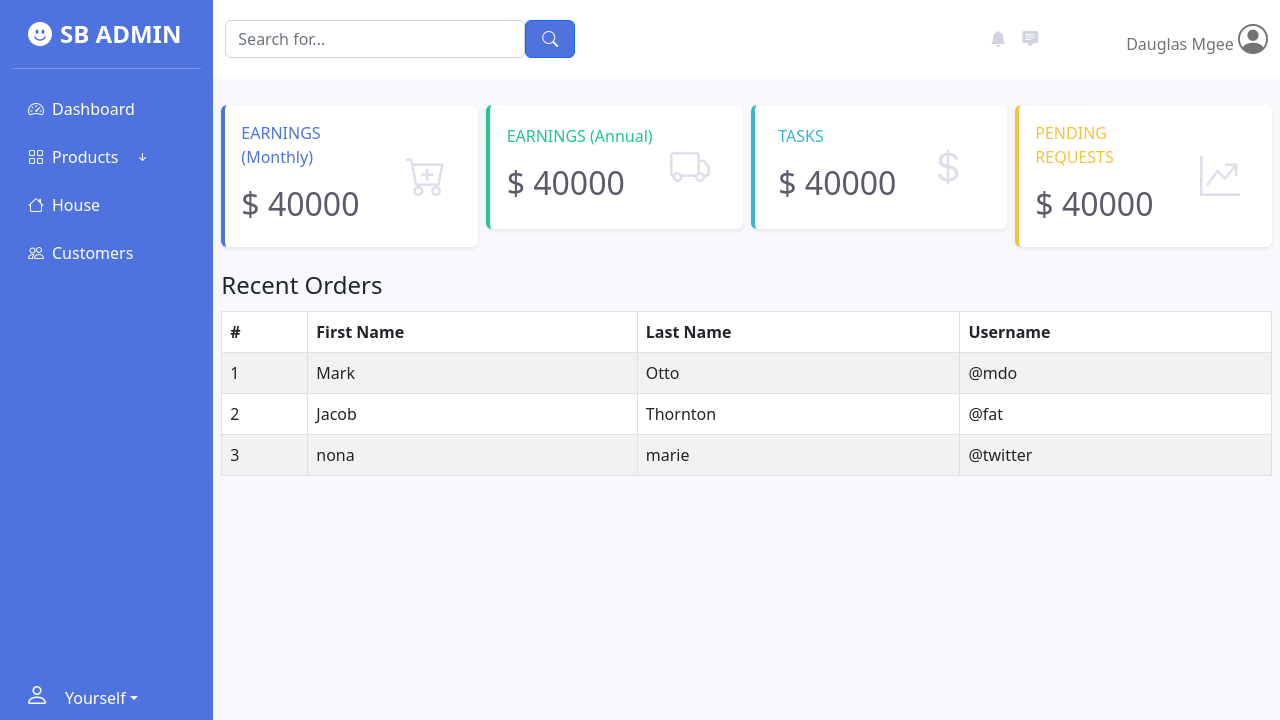
Repository: iqbalaamir/dashboard
Page: /
The author's editor kept a copy of each file at every save. The page is drawn from the files as they stood at one save, then again after the next save.
The browser window is 1280 px wide. The pictures show the whole page.
The project was rebuilt for these pictures with package versions that can differ from the ones it lists, and the page was loaded fresh each time. Also part of the build but not shown: src/App.css.

Above is the page before, as saved 2023-04-24 22:49:23.

### src/App.js
import "./App.css";
import NavbarComponent from "./components/NavbarComponent";
import Sidebar from "./components/Sidebar";
import Container from "react-bootstrap/Container";
import Row from "react-bootstrap/Row";
import Col from "react-bootstrap/Col";

function App() {
  return (
   <div>
    <Sidebar/>
   </div>
  );
}

export default App;

### src/components/NavbarComponent.js
import Button from "react-bootstrap/Button";
import Container from "react-bootstrap/Container";
import Form from "react-bootstrap/Form";
import Nav from "react-bootstrap/Nav";
import Navbar from "react-bootstrap/Navbar";
import NavDropdown from "react-bootstrap/NavDropdown";

function NavbarComponent() {
  return (
    <Navbar style={{backgroundColor:"white"}} expand="lg">
      <Container fluid>
        <Form className="d-flex">
          <Form.Control
            type="search"
            placeholder="Search for..."
            className=""
            aria-label="Search"
            style={{width:300}}
          />
          <Button style={{ backgroundColor: "#4e73df",width:50 }}>

            <i class="bi bi-search"></i>
          </Button>
        </Form>

        <Navbar.Toggle />

        <Navbar.Collapse className="justify-content-end">
          <Nav
            className="my-2 my-lg-0"
            style={{ maxHeight: "100px" }}
            navbarScroll
          >
            <Nav.Link href="#action2">
              <i class="bi bi-bell-fill" style={{color:"#d1d3e2"}}></i>
            </Nav.Link>
            <Nav.Link href="#action2">
              <i class="bi bi-chat-square-text-fill" style={{color:"#d1d3e2"}}></i>
            </Nav.Link>
            {/* <NavDropdown title="Messages" id="navbarScrollingDropdown">

              <NavDropdown.Item href="#action3">Action</NavDropdown.Item>
              <NavDropdown.Item href="#action4">
                Another action
              </NavDropdown.Item>
              <NavDropdown.Divider />
              <NavDropdown.Item href="#action5">
                Something else here
              </NavDropdown.Item>
            </NavDropdown> */}
          </Nav>
          <Navbar.Text style={{marginLeft:80}}>
            {/* Signed in as: <a href="#login">Mark Otto</a> */}
            Dauglas Mgee <i class="bi bi-person-circle" style={{fontSize:30}}></i>
          </Navbar.Text>
        </Navbar.Collapse>
      </Container>
    </Navbar>
  );
}

export default NavbarComponent;

### src/components/Sidebar.js
import React from "react";
import "bootstrap/dist/css/bootstrap.min.css";
import "bootstrap-icons/font/bootstrap-icons.css";
import "bootstrap/js/dist/dropdown";
import "bootstrap/js/dist/collapse";
import "./sidebar.css";
import NavbarComponent from "./NavbarComponent";
import HomeComponent from "./HomeComponent"

export default function Sidebar() {
  return (
    <div className="container-fluid">
      <div className="row">
        <div className="col-auto col-sm-2 sideNav d-flex flex-column justify-content-between min-vh-100">
          <div className="mt-3">
            <a
              className="text-decoration-none ms-3 d-flex align-items-center text-white customHeading"
              role="button"
            >
                 <i className="bi bi-emoji-smile-fill"></i>
              <span className="ms-2 d-none d-sm-inline">SB ADMIN</span>
            </a>
            <hr className="text-white d-none d-sm-block"></hr>
            <ul class="nav nav-pills flex-column mt-2 mt-sm-0" id="parentM">
              <li class="nav-item  my-1 py-2 py-sm-0">
                <a
                  class="nav-link text-white text-center text-sm-start"
                  href="#"
                  aria-current="page"
                >
                  <i className="bi bi-speedometer2"></i>
                  <span className="ms-2 d-none d-sm-inline">Dashboard</span>
                </a>
              </li>
              <li class="nav-item  my-1 py-2 py-sm-0">
                <a
                  class="nav-link text-white text-center text-sm-start"
                  href="#submenu"
                  data-bs-toggle="collapse"
                  aria-current="page"
                >
                  <i className="bi bi-grid"></i>
                  <span className="ms-2 d-none d-sm-inline">Products</span>
                  <i className="bi bi-arrow-down-short ms-0 ms-sm-3"></i>
                </a>
                <ul
                  class="nav collapse ms-2 flex-column"
                  id="submenu"
                  data-bs-parent="#parentM"
                >
                  <li class="nav-item ">
                    <a class="nav-link text-white" href="#" aria-current="page">
                      <span className="d-none d-sm-inline"> Item</span>1
                    </a>
                  </li>
                  <li class="nav-item ">
                    <a class="nav-link text-white" href="#">
                      <span className="d-none d-sm-inline"> Item</span>2
                    </a>
                  </li>
                </ul>
              </li>
              <li class="nav-item  my-1">
                <a
                  class="nav-link text-white text-center text-sm-start"
                  href="#"
                  aria-current="page"
                >
                  <i className="bi bi-house"></i>
                  <span className="ms-2 d-none d-sm-inline">House</span>
                </a>
              </li>
              <li class="nav-item text-white my-1">
                <a
                  class="nav-link text-white text-center text-sm-start"
                  href="#"
                  aria-current="page"
                >
                  <i className="bi bi-people"></i>
                  <span className="ms-2 d-none d-sm-inline">Customers</span>
                </a>
              </li>
            </ul>
          </div>
          <div class="dropdown open">
            <a
              class="btn border-none dropdown-toggle text-white"
              type="button"
              id="triggerId"
              data-bs-toggle="dropdown"
              aria-haspopup="true"
              aria-expanded="false"
            >
              <i className="bi bi-person fs-4"></i>
              <span className="f5-5 ms-3 d-none d-sm-inline">Yourself</span>
            </a>
            <div class="dropdown-menu" aria-labelledby="triggerId">
              <a class="dropdown-item" href="#">
                Profile
              </a>
              <a class="dropdown-item" href="#">
                Setting
              </a>
            </div>
          </div>

        </div>
        <div className="col" style={{backgroundColor:"#f8f9fc",padding:0}}>
       <NavbarComponent/>
       <HomeComponent/>
        </div>

      </div>
    </div>
  );
}

### src/components/sidebar.css
#parentM li a:hover {
    background-color: #9eacd4;

}
.sideNav{
   background-color: #4e73df;
}
.customHeading{
    font-weight: bold;
    font-size: x-large;
}

### src/components/HomeComponent.js
import React from "react";
import TableComponent from "./TableComponent";

function Home() {
  return (
    <div className="">
      <div className="container-fluid">
        <div className="row g-3 my-2">
          <div className="col-md-3 p-1">
            <div
              className="p-3 bg-white shadow-sm d-flex justify-content-around align-items-center rounded"
              style={{
                borderLeft: "solid",
                borderLeftWidth: "4px",
                borderLeftColor: "#4e73df",
              }}
            >
              <div>
                <p className="fs-12" style={{ color: "#4e73df" }}>
                  EARNINGS (Monthly)
                </p>
                <h5 className="fs-2" style={{ color: "#5a5c69" }}>
                  $ 40000
                </h5>
              </div>
              <i
                className="bi bi-cart-plus p-3 fs-1"
                style={{ color: "#dddfeb" }}
              ></i>
            </div>
          </div>
          <div className="col-md-3 p-1">
            <div className="p-3 bg-white shadow-sm d-flex justify-content-around align-items-center rounded"
             style={{
              borderLeft: "solid",
              borderLeftWidth: "4px",
              borderLeftColor: "#1cc88a",
            }}>
              <div>
                <p className="fs-12" style={{ color: "#1cc88a" }}>
                  EARNINGS (Annual)
                </p>
                <h5 className="fs-2" style={{ color: "#5a5c69" }}>
                  $ 40000
                </h5>
              </div>
              <i
                className="bi bi-truck p-3 fs-1"
                style={{ color: "#dddfeb" }}
              ></i>
            </div>
          </div>
          <div className="col-md-3 p-1">
            <div className="p-3 bg-white shadow-sm d-flex justify-content-around align-items-center rounded"
             style={{
              borderLeft: "solid",
              borderLeftWidth: "4px",
              borderLeftColor: "#36b9cc",
            }}>
              <div>
                <p className="fs-12" style={{ color: "#36b9cc" }}>
                  TASKS
                </p>
                <h5 className="fs-2" style={{ color: "#5a5c69" }}>
                  $ 40000
                </h5>
              </div>
              <i
                className="bi bi-currency-dollar p-3 fs-1"
                style={{ color: "#dddfeb" }}
              ></i>
            </div>
          </div>
          <div className="col-md-3 p-1">
            <div className="p-3 bg-white shadow-sm d-flex justify-content-around align-items-center rounded"
             style={{
              borderLeft: "solid",
              borderLeftWidth: "4px",
              borderLeftColor: "#f6c23e",
            }}>
              <div>
                <p className="fs-12" style={{ color: "#f6c23e" }}>
                  PENDING REQUESTS
                </p>
                <h5 className="fs-2" style={{ color: "#5a5c69" }}>
                  $ 40000
                </h5>
              </div>
              <i
                className="bi bi-graph-up-arrow p-3 fs-1"
                style={{ color: "#dddfeb" }}
              ></i>
            </div>
          </div>
        </div>
      </div>
      <div className="px-2">
        <TableComponent />
      </div>
    </div>
  );
}

export default Home;

### src/components/TableComponent.js
import Table from 'react-bootstrap/Table';

function TableComponent() {
  return (
    <Table striped bordered hover className='table caption-top bg-white rounded mt-2'>
      <caption className='fs-4 text-dark'>Recent Orders</caption>
      <thead>
        <tr>
          <th>#</th>
          <th>First Name</th>
          <th>Last Name</th>
          <th>Username</th>
        </tr>
      </thead>
      <tbody>
        <tr>
          <td>1</td>
          <td>Mark</td>
          <td>Otto</td>
          <td>@mdo</td>
        </tr>
        <tr>
          <td>2</td>
          <td>Jacob</td>
          <td>Thornton</td>
          <td>@fat</td>
        </tr>
        <tr>
          <td>3</td>
          <td>nona</td>
          <td>marie</td>
          <td>@twitter</td>
        </tr>
      </tbody>
    </Table>
  );
}

export default TableComponent;

### src/components/Dashboard.js
import Button from 'react-bootstrap/Button';
import Card from 'react-bootstrap/Card';

function Dashboard() {
  return (
    <Card className="text-center">
      <Card.Header>Featured</Card.Header>
      <Card.Body>
        <Card.Title>Special title treatment</Card.Title>
        <Card.Text>
          With supporting text below as a natural lead-in to additional content.
        </Card.Text>
        <Button variant="primary">Go somewhere</Button>
      </Card.Body>
      <Card.Footer className="text-muted">2 days ago</Card.Footer>
    </Card>
  );
}

export default Dashboard;

Loaded but not shown: public/index.html (common file); src/index.js (common file); src/index.css (common file); src/reportWebVitals.js (common file)

After the next save:
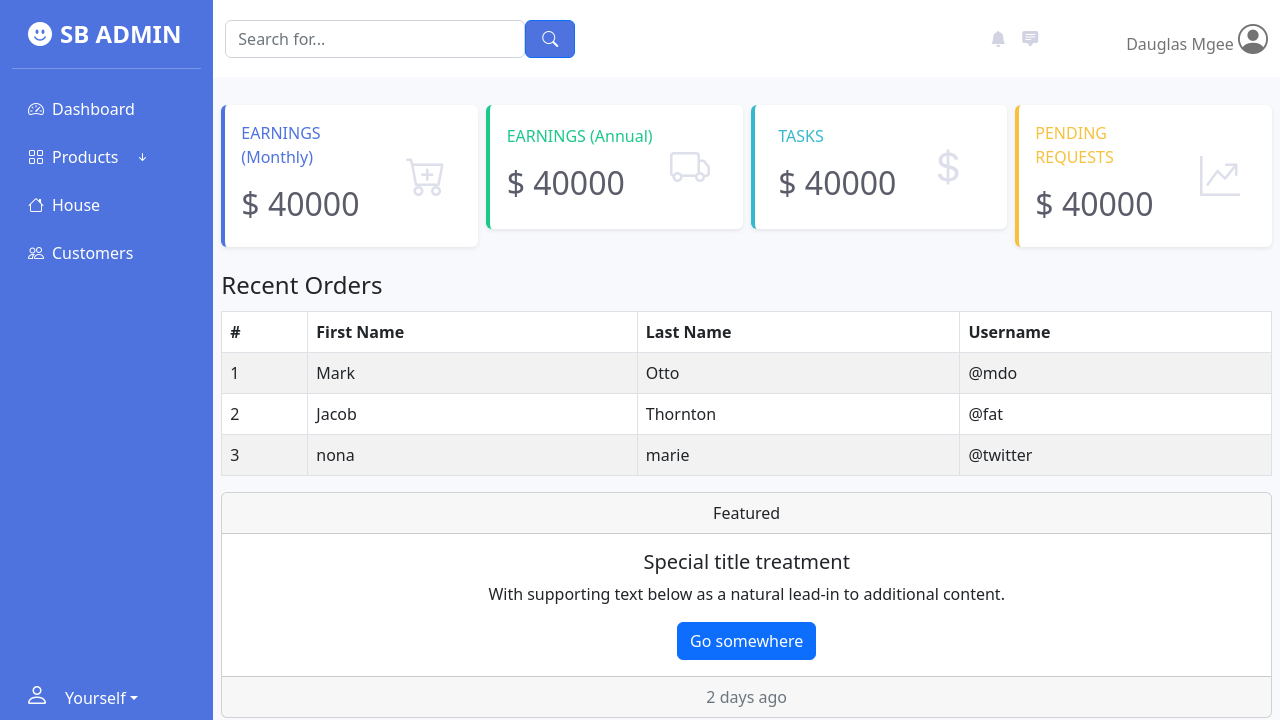
Saved 24 s later.
--- a/src/components/HomeComponent.js
+++ b/src/components/HomeComponent.js
@@ -1,5 +1,6 @@
 import React from "react";
 import TableComponent from "./TableComponent";
+import Dashboard from "./Dashboard";
 
 function Home() {
   return (
@@ -96,6 +97,7 @@
       </div>
       <div className="px-2">
         <TableComponent />
+        <Dashboard/>
       </div>
     </div>
   );

After the save that followed:
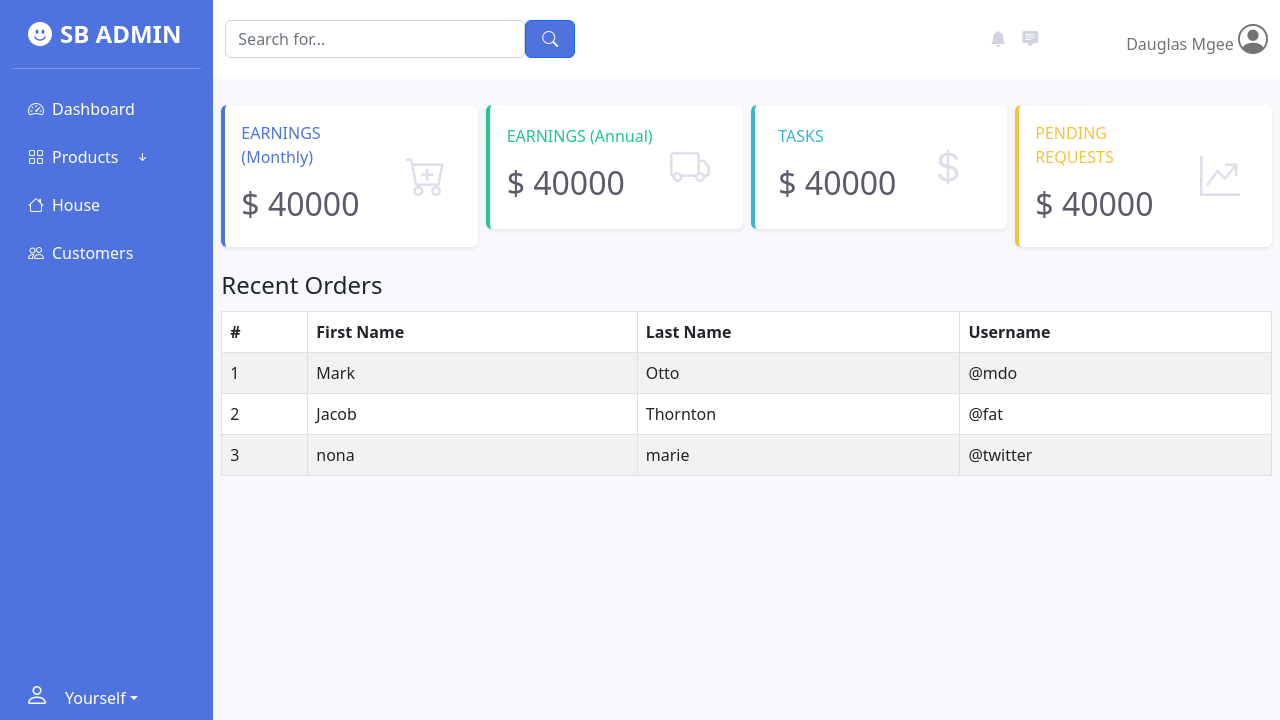
Saved 19 s later.
--- a/src/components/HomeComponent.js
+++ b/src/components/HomeComponent.js
@@ -1,6 +1,5 @@
 import React from "react";
 import TableComponent from "./TableComponent";
-import Dashboard from "./Dashboard";
 
 function Home() {
   return (
@@ -97,7 +96,6 @@
       </div>
       <div className="px-2">
         <TableComponent />
-        <Dashboard/>
       </div>
     </div>
   );
